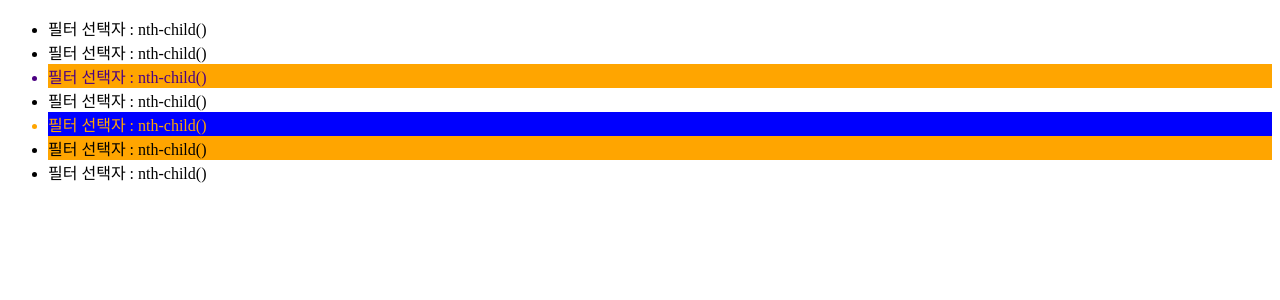
Repository: KangSuA/JSP
Page: webApp/src/main/webapp/jquery/jq05_select.html
The author's editor kept a copy of each file at every save. The page is drawn from the files as they stood at one save, then again after the next save.
The browser window is 1280 px wide. The pictures show the whole page.

Above is the page before, as saved 2023-02-14 06:28:41.

After the next save:
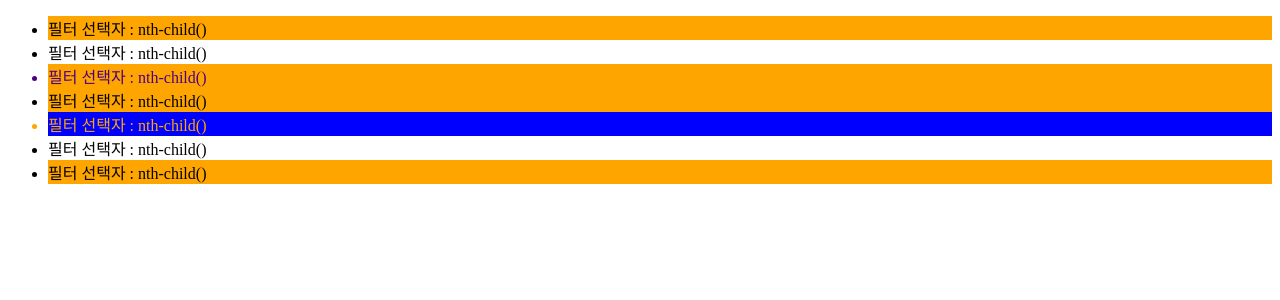
Saved 18 s later.
--- a/webApp/src/main/webapp/jquery/jq05_select.html
+++ b/webApp/src/main/webapp/jquery/jq05_select.html
@@ -11,7 +11,7 @@
 </style>
 <script>
 	$(function(){
-		$("#f>li:nth-child(3n)").css('background','orange');
+		$("#f>li:nth-child(3n+1)").css('background','orange');
 
 		//addClass() - 클래스 추가
 		//remobeClass() - 클래스 지우기
